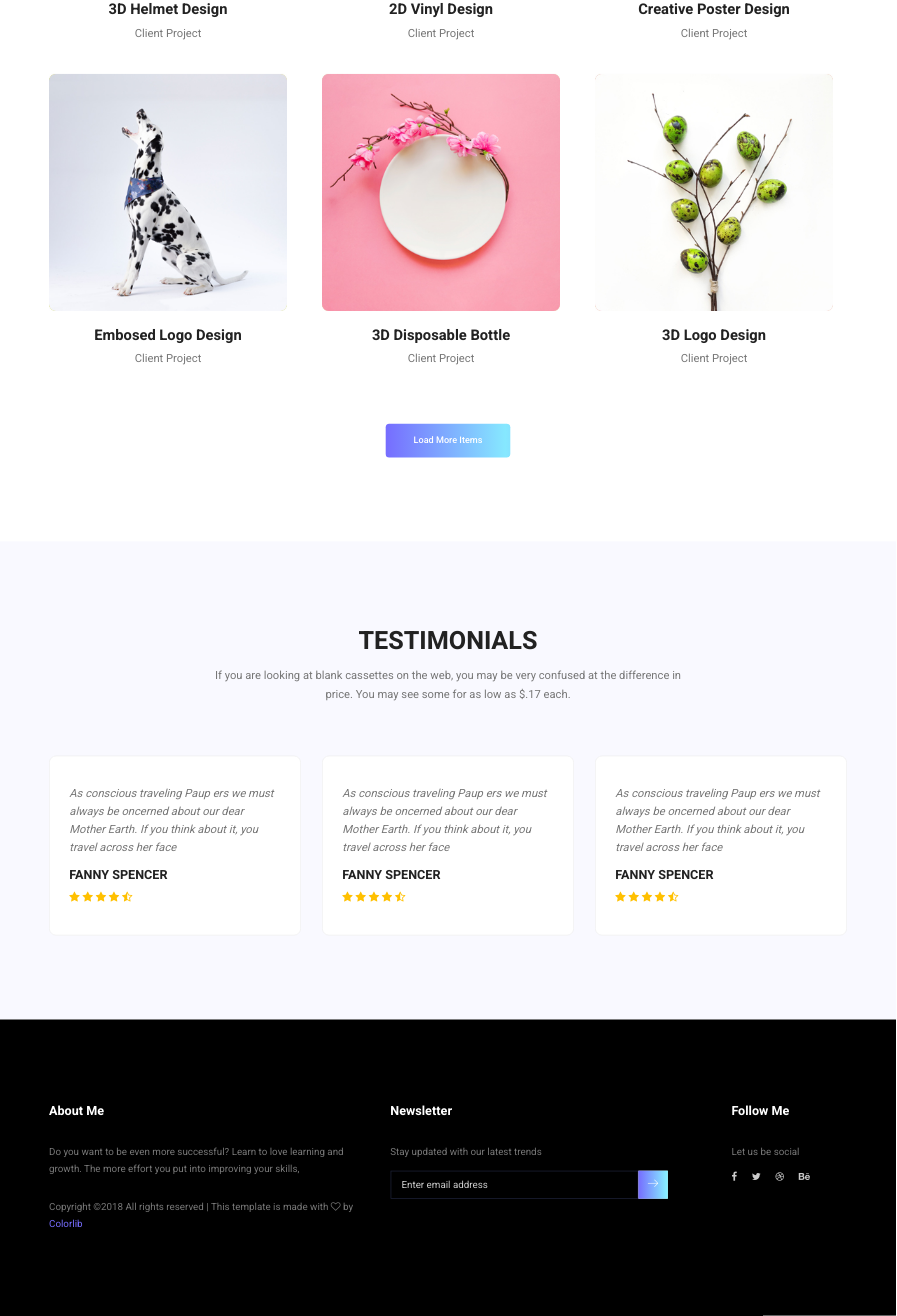
Repository: ChaabeneHabib/habib-chaabene
Page: index.html
An editor plug-in stored every save of this project. The page is shown before and after the next save, followed by the edit.
The browser window is 1280 px wide. The page is 1281 px wide, so the pictures cover 1281 px, including what lies to the right of the window. The pictures show the part of the page from y = 3968 to 5848 px (the page is 5848 px tall before and 5425 px after), at 70% of full size.

Above is the page before, as saved 2018-09-01 20:13:01.

After the next save:
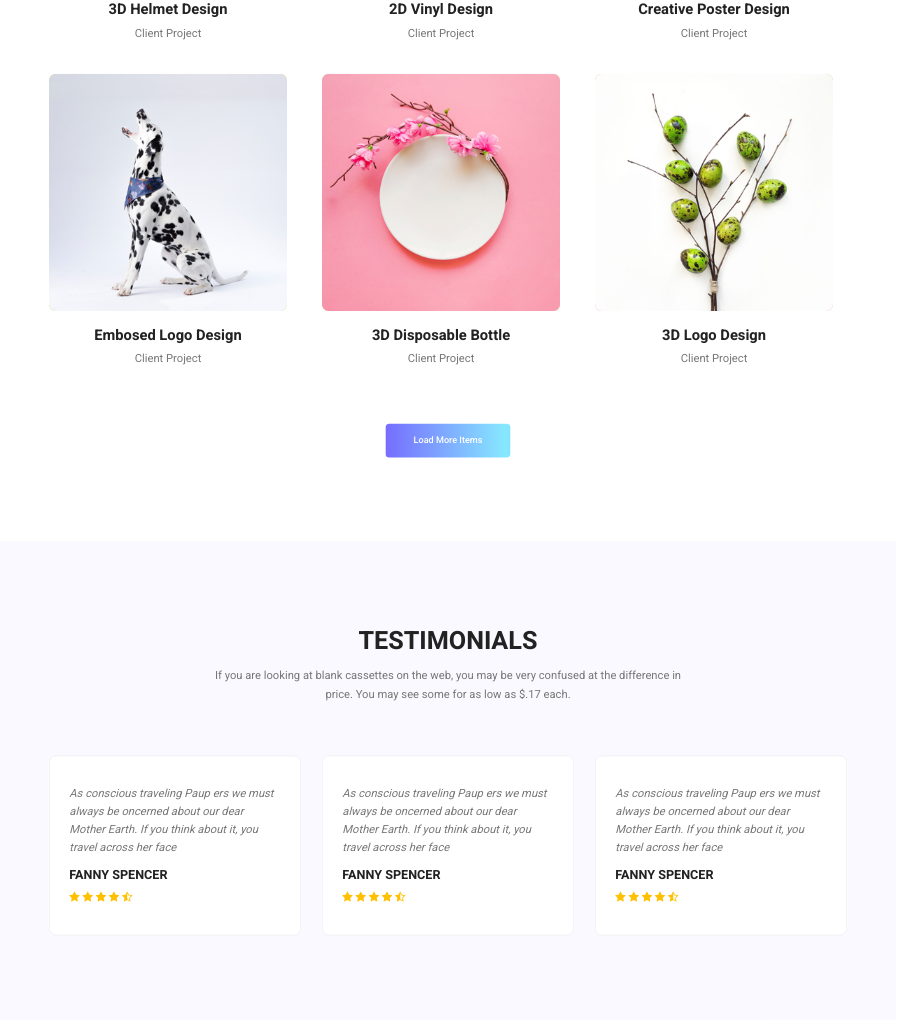
Saved 440 days later.
--- a/index.html
+++ b/index.html
@@ -463,55 +463,7 @@
         <!--================End Testimonials Area =================-->
 
         <!--================Footer Area =================-->
-        <footer class="footer_area p_120">
-        	<div class="container">
-        		<div class="row footer_inner">
-        			<div class="col-lg-5 col-sm-6">
-        				<aside class="f_widget ab_widget">
-        					<div class="f_title">
-        						<h3>About Me</h3>
-        					</div>
-        					<p>Do you want to be even more successful? Learn to love learning and growth. The more effort you put into improving your skills,</p>
-        					<p><!-- Link back to Colorlib can't be removed. Template is licensed under CC BY 3.0. -->
-Copyright &copy;<script>document.write(new Date().getFullYear());</script> All rights reserved | This template is made with <i class="fa fa-heart-o" aria-hidden="true"></i> by <a href="https://colorlib.com" target="_blank">Colorlib</a>
-<!-- Link back to Colorlib can't be removed. Template is licensed under CC BY 3.0. --></p>
-        				</aside>
-        			</div>
-        			<div class="col-lg-5 col-sm-6">
-        				<aside class="f_widget news_widget">
-        					<div class="f_title">
-        						<h3>Newsletter</h3>
-        					</div>
-        					<p>Stay updated with our latest trends</p>
-        					<div id="mc_embed_signup">
-                                <form target="_blank" action="https://spondonit.us12.list-manage.com/subscribe/post?u=1462626880ade1ac87bd9c93a&amp;id=92a4423d01" method="get" class="subscribe_form relative">
-                                	<div class="input-group d-flex flex-row">
-                                        <input name="EMAIL" placeholder="Enter email address" onfocus="this.placeholder = ''" onblur="this.placeholder = 'Email Address '" required="" type="email">
-                                        <button class="btn sub-btn"><span class="lnr lnr-arrow-right"></span></button>
-                                    </div>
-                                    <div class="mt-10 info"></div>
-                                </form>
-                            </div>
-        				</aside>
-        			</div>
-        			<div class="col-lg-2">
-        				<aside class="f_widget social_widget">
-        					<div class="f_title">
-        						<h3>Follow Me</h3>
-        					</div>
-        					<p>Let us be social</p>
-        					<ul class="list">
-        						<li><a href="#"><i class="fa fa-facebook"></i></a></li>
-        						<li><a href="#"><i class="fa fa-twitter"></i></a></li>
-        						<li><a href="#"><i class="fa fa-dribbble"></i></a></li>
-        						<li><a href="#"><i class="fa fa-behance"></i></a></li>
-        					</ul>
-        				</aside>
-        			</div>
-        		</div>
-        	</div>
-        </footer>
-        <!--================End Footer Area =================-->
+
 
 
 
